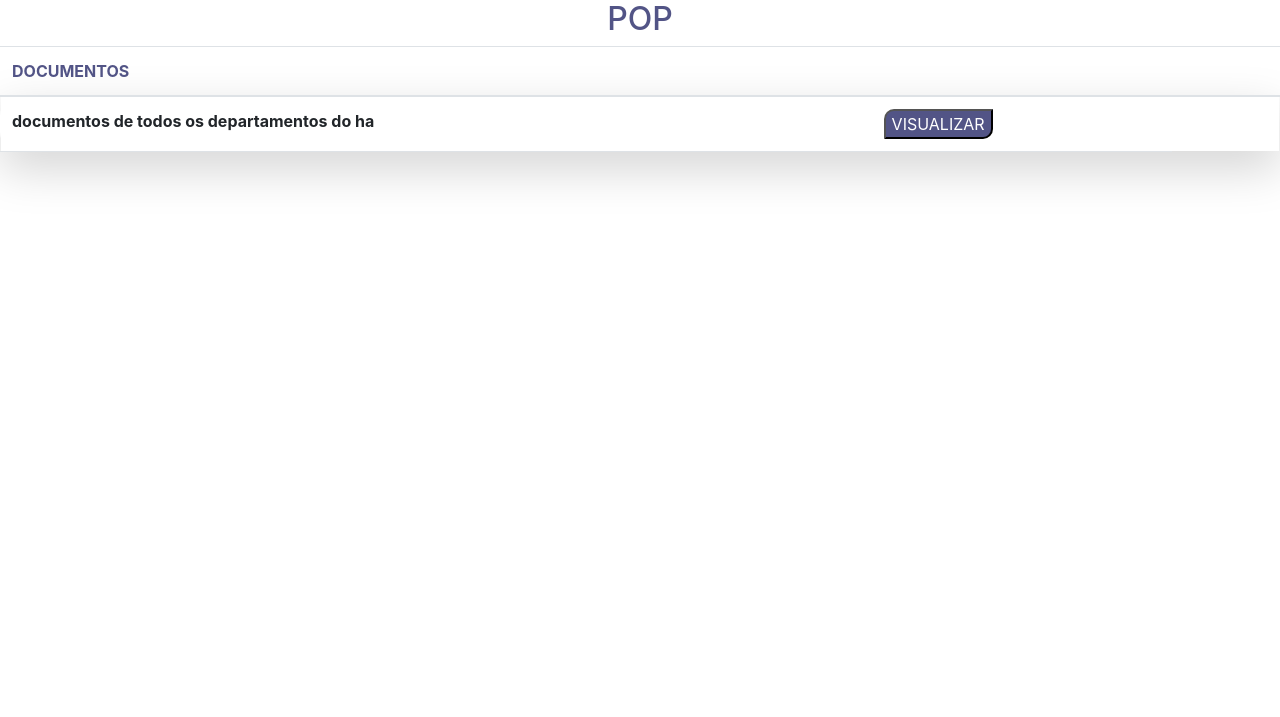
Repository: Leandromarim/INTRANET_PARTICULAR
Page: pop.html
These files come from the project's save history. The page is drawn as it stood at one moment and after the next save; the edit follows.
The browser window is 1280 px wide. The pictures show the whole page.

Above is the page before, as saved 2021-12-17 10:15:35.
Not found: ajax.js

After the next save:
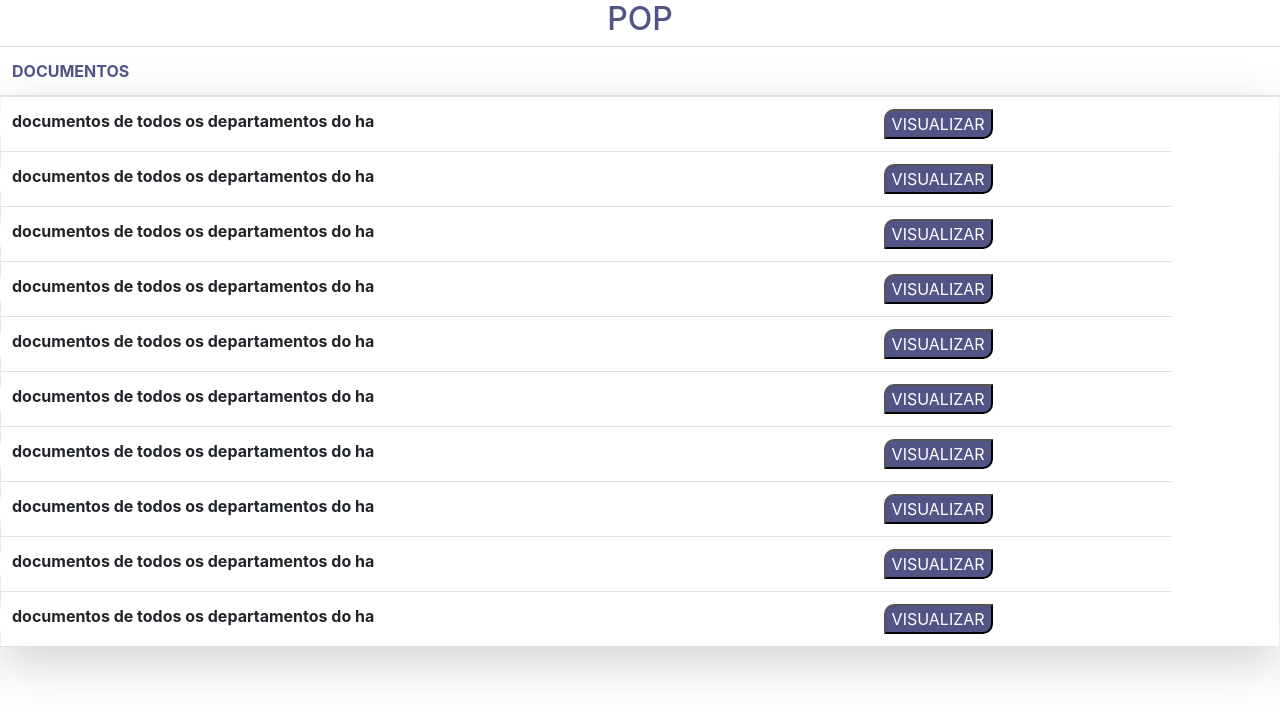
Saved 19 s later.
--- a/pop.html
+++ b/pop.html
@@ -39,6 +39,42 @@
                     <th>documentos de todos os departamentos do ha</th>
                     <td><a href="#"><button type="button" class="btn-visualizar">VISUALIZAR</button></a></td>
                 </tr>
+                <tr>
+                    <th>documentos de todos os departamentos do ha</th>
+                    <td><a href="#"><button type="button" class="btn-visualizar">VISUALIZAR</button></a></td>
+                </tr>
+                <tr>
+                    <th>documentos de todos os departamentos do ha</th>
+                    <td><a href="#"><button type="button" class="btn-visualizar">VISUALIZAR</button></a></td>
+                </tr>
+                <tr>
+                    <th>documentos de todos os departamentos do ha</th>
+                    <td><a href="#"><button type="button" class="btn-visualizar">VISUALIZAR</button></a></td>
+                </tr>
+                <tr>
+                    <th>documentos de todos os departamentos do ha</th>
+                    <td><a href="#"><button type="button" class="btn-visualizar">VISUALIZAR</button></a></td>
+                </tr>
+                <tr>
+                    <th>documentos de todos os departamentos do ha</th>
+                    <td><a href="#"><button type="button" class="btn-visualizar">VISUALIZAR</button></a></td>
+                </tr>
+                <tr>
+                    <th>documentos de todos os departamentos do ha</th>
+                    <td><a href="#"><button type="button" class="btn-visualizar">VISUALIZAR</button></a></td>
+                </tr>
+                <tr>
+                    <th>documentos de todos os departamentos do ha</th>
+                    <td><a href="#"><button type="button" class="btn-visualizar">VISUALIZAR</button></a></td>
+                </tr>
+                <tr>
+                    <th>documentos de todos os departamentos do ha</th>
+                    <td><a href="#"><button type="button" class="btn-visualizar">VISUALIZAR</button></a></td>
+                </tr>
+                <tr>
+                    <th>documentos de todos os departamentos do ha</th>
+                    <td><a href="#"><button type="button" class="btn-visualizar">VISUALIZAR</button></a></td>
+                </tr>
 
             </tbody>
         </table>
